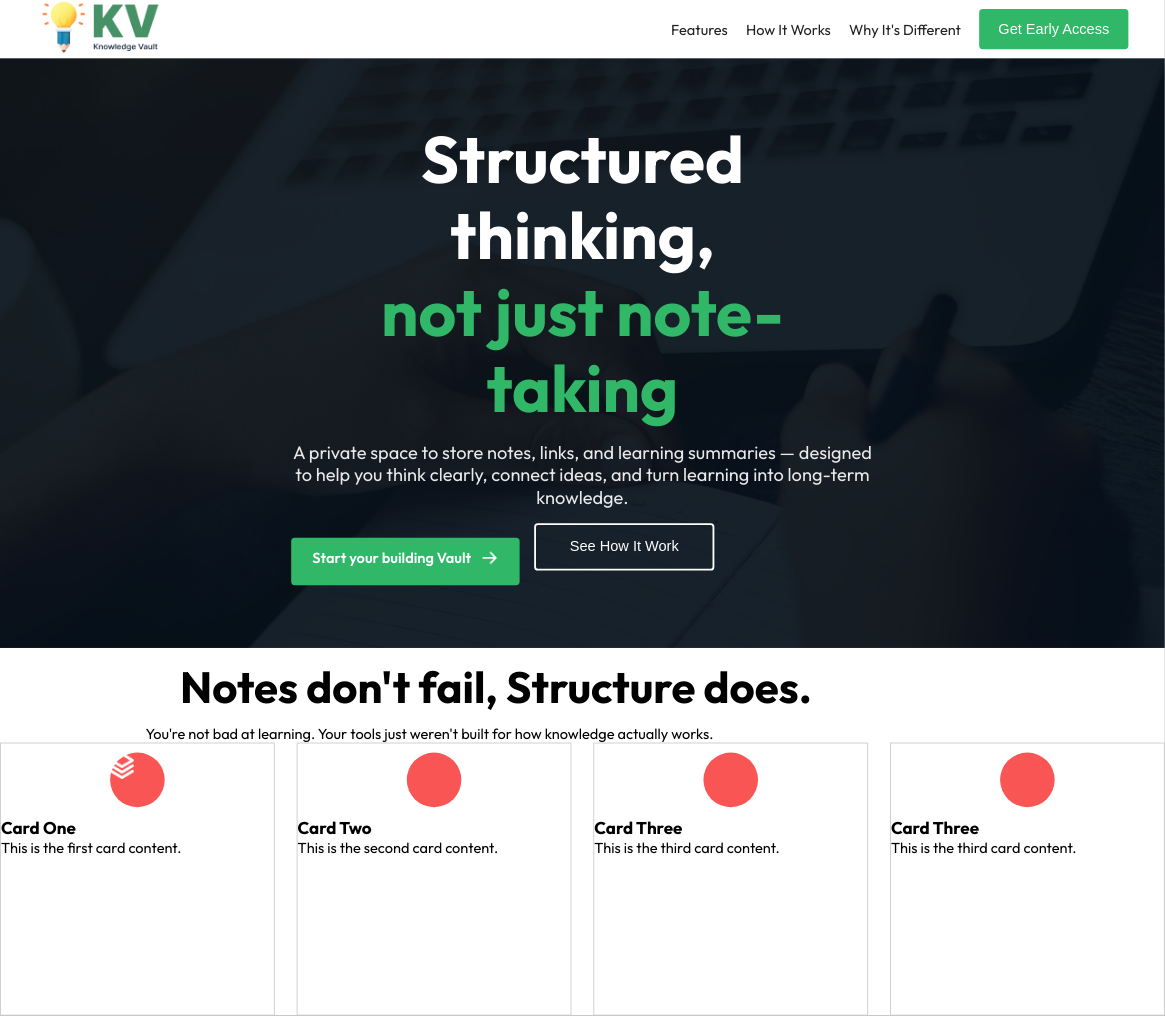
Repository: tanimtanzilislam/Assignment1-PH
Page: index.html
An editor plug-in stored every save of this project. The page is shown before and after a run of saves, followed by the edit.
The browser window is 1280 px wide. The pictures show the whole page, at 91% of full size.

Above is the page before, as saved 2026-01-19 20:21:00.

After the next 2 saves:
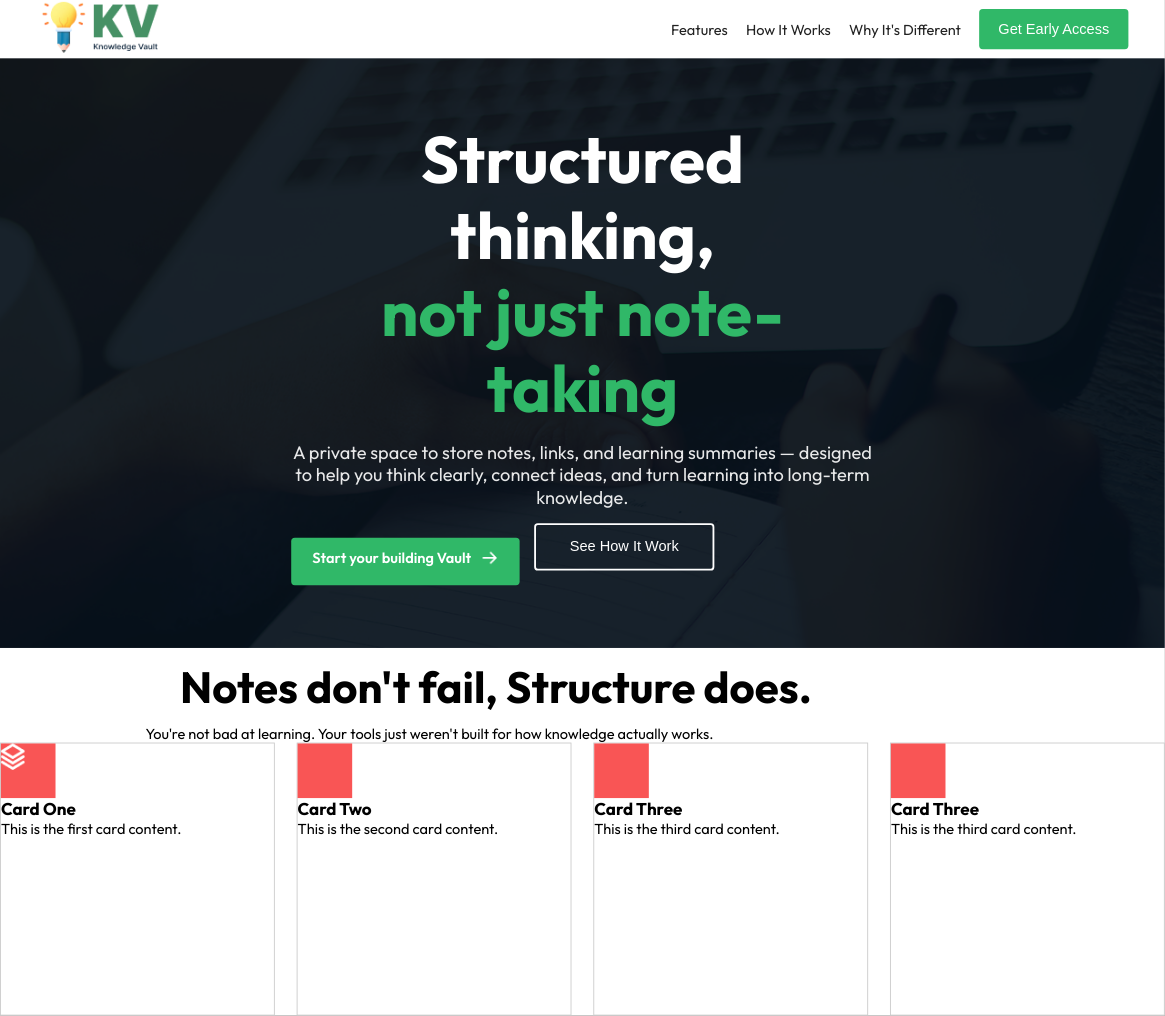
The 2 saves are shown as one change because they came seconds apart.
The last was saved 28 s later.
--- a/style.css
+++ b/style.css
@@ -193,8 +193,8 @@
     width: 60px;
     height: 60px; /* Or equal for circle */
     background-color: #F95555;
-    border-radius: 50%; /* Makes it elliptical/circular */
-    margin: 10px auto; /* Center it */
+    /* Makes it elliptical/circular */
+     /* Center it */
 }
 .icon-img{
     width:27.01px;

After the 2 saves that followed:
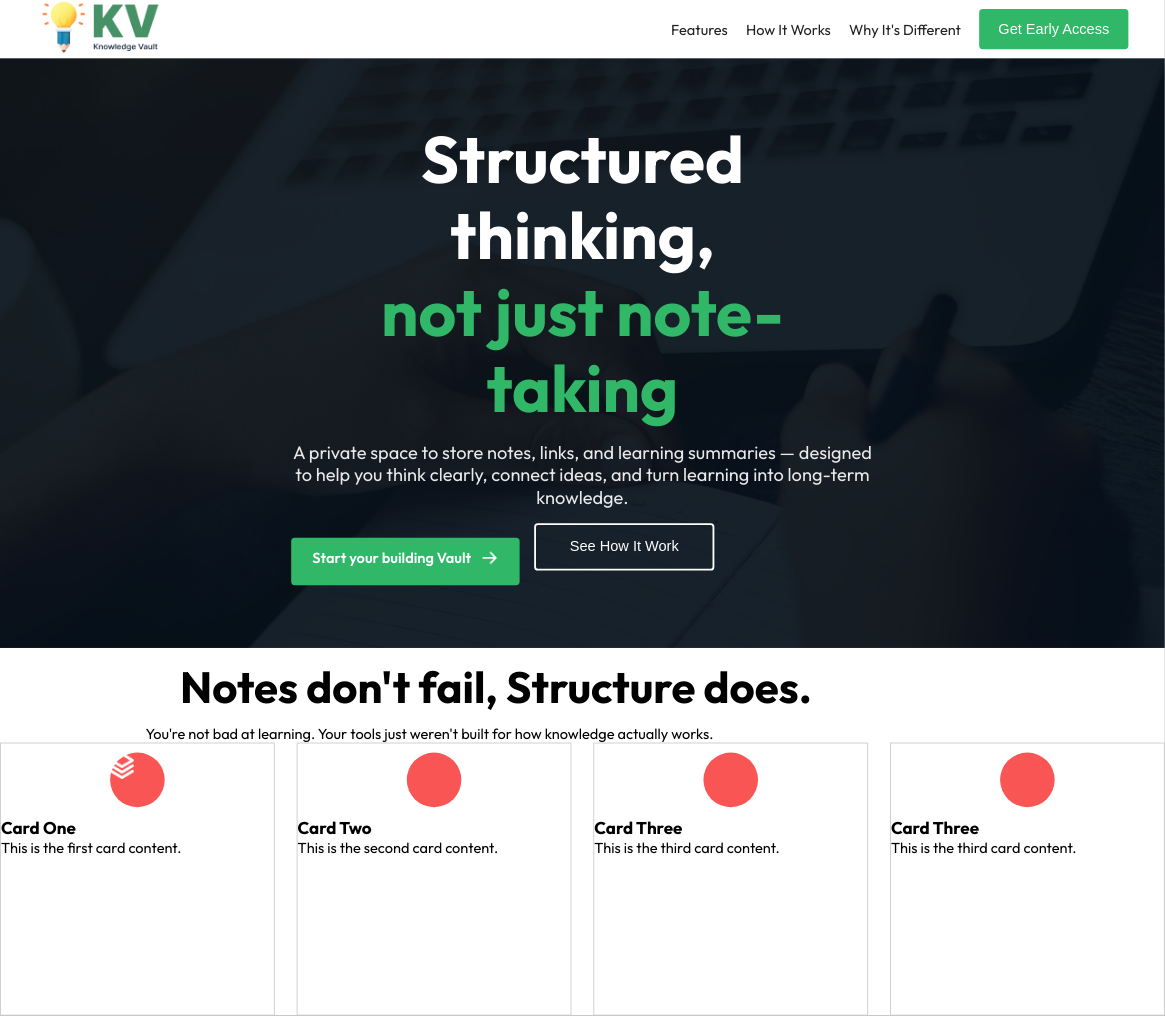
The 2 saves are shown as one change because they came seconds apart.
The last was saved 10 s later.
--- a/style.css
+++ b/style.css
@@ -193,8 +193,8 @@
     width: 60px;
     height: 60px; /* Or equal for circle */
     background-color: #F95555;
-    /* Makes it elliptical/circular */
-     /* Center it */
+    border-radius: 50%; /* Makes it elliptical/circular */
+    margin: 10px auto; /* Center it */
 }
 .icon-img{
     width:27.01px;
